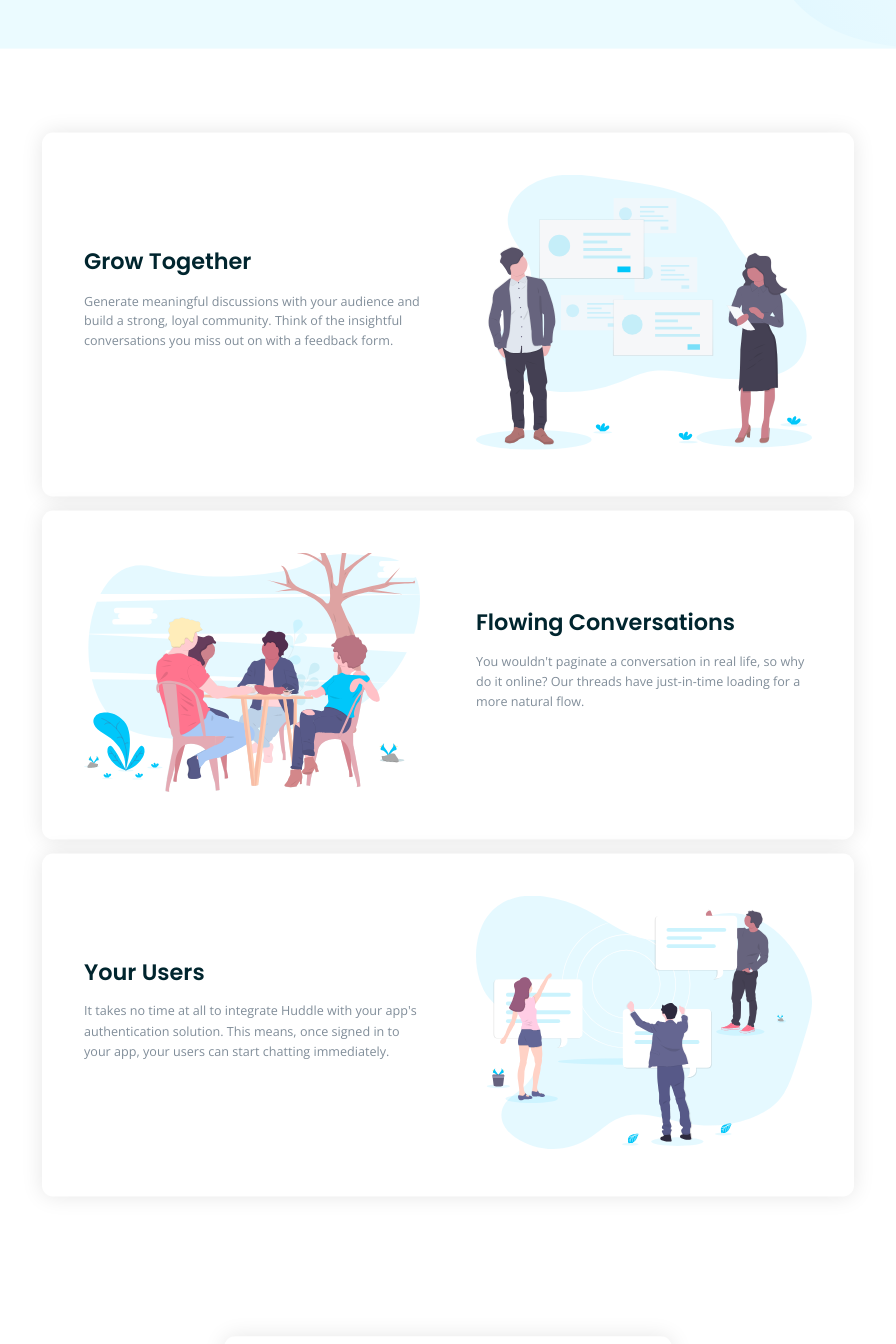
Repository: blordeus/huddle-landing-page
Page: index.html
These files come from the project's save history. The page is drawn as it stood at one moment and after the next save; the edit follows.
The browser window is 1280 px wide. The pictures show the part of the page from y = 618 to 2538 px (the page is 3305 px tall before and 3996 px after), at 70% of full size.

Above is the page before, as saved 2025-07-01 11:41:42.

After the next save:
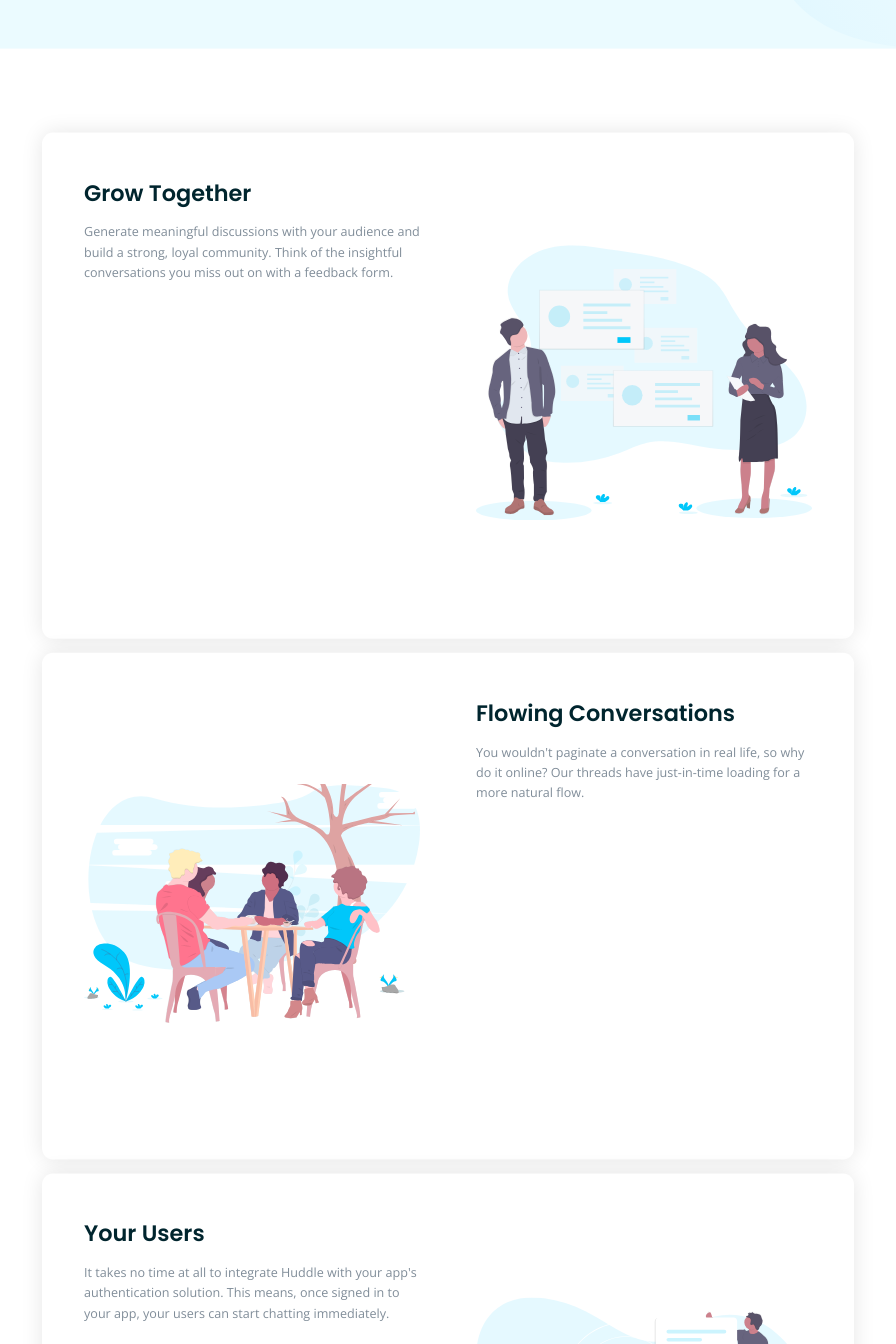
Saved 11 s later.
--- a/styles.css
+++ b/styles.css
@@ -124,7 +124,7 @@
     }
 
     .feature-content {
-      margin-bottom: 50px
+      margin-bottom: 450px
     }
 
     .feature:nth-child(even) .feature-content {

After the save that followed:
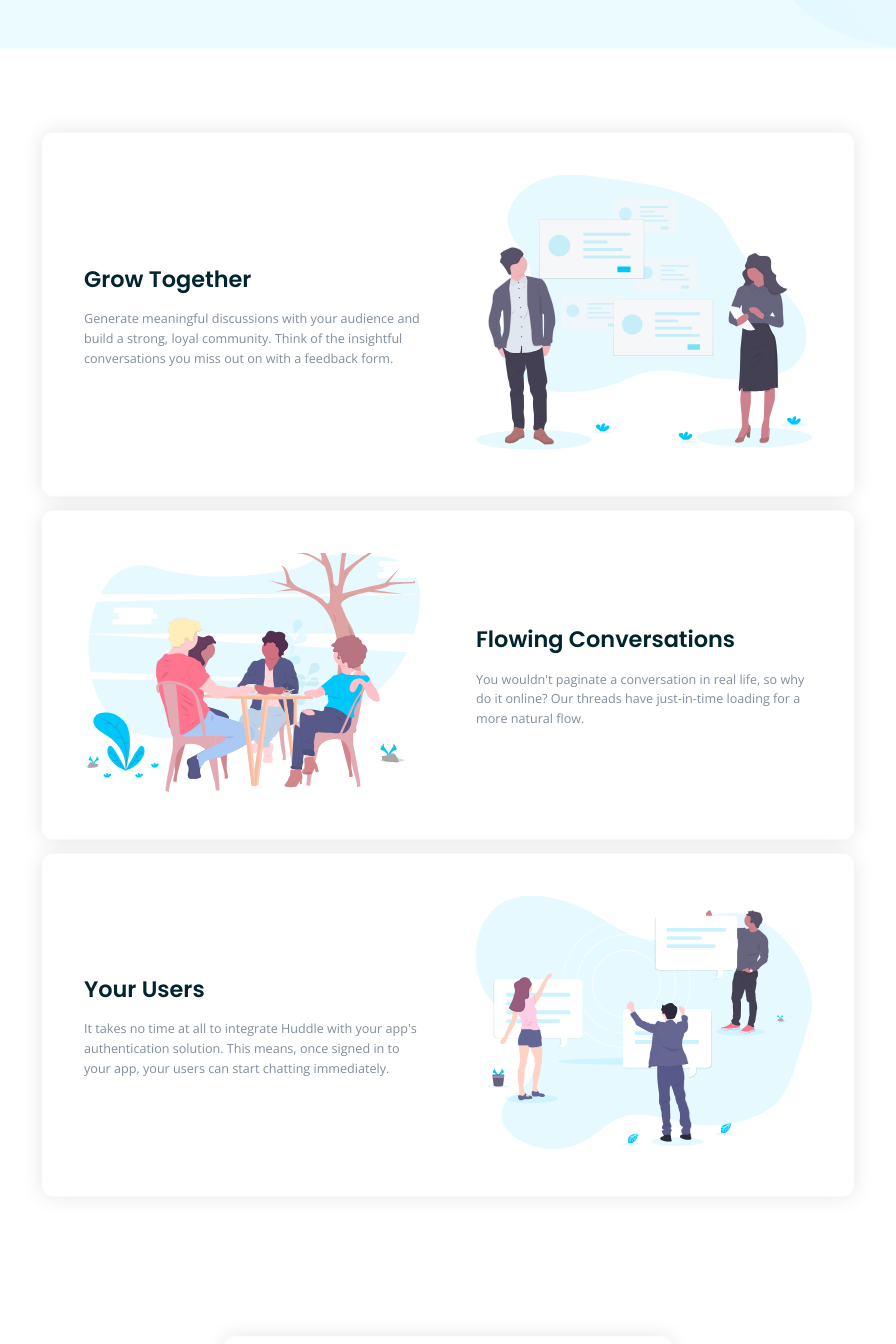
Saved 13 s later.
--- a/styles.css
+++ b/styles.css
@@ -123,9 +123,6 @@
       box-shadow: 0 0 30px rgba(0, 0, 0, 0.1);
     }
 
-    .feature-content {
-      margin-bottom: 450px
-    }
 
     .feature:nth-child(even) .feature-content {
       order: 2;
